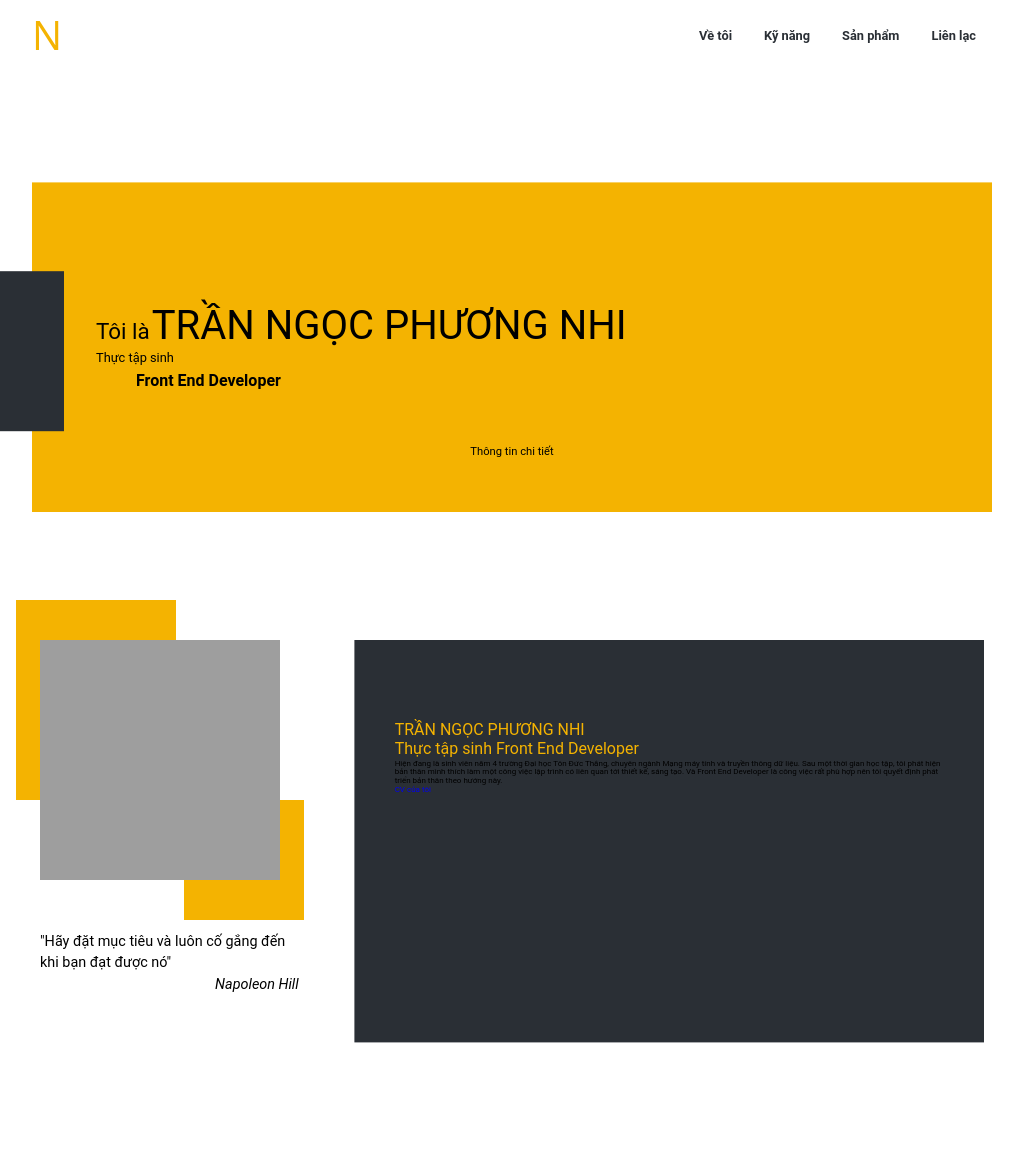
Repository: TranNgocPhuongNhi/my-portfolio
Page: index.html
These files come from the project's save history. The page is drawn as it stood at one moment and after a run of saves; the edit follows.
The browser window is 1280 px wide. The pictures show the whole page, at 80% of full size.
Pictures or frames that could not be fetched are drawn as grey boxes. Some icons come from a web library that is not loaded, so they are not drawn. Some web libraries are served in a nearby version.

Above is the page before, as saved 2021-07-04 16:26:04.

After the next 2 saves:
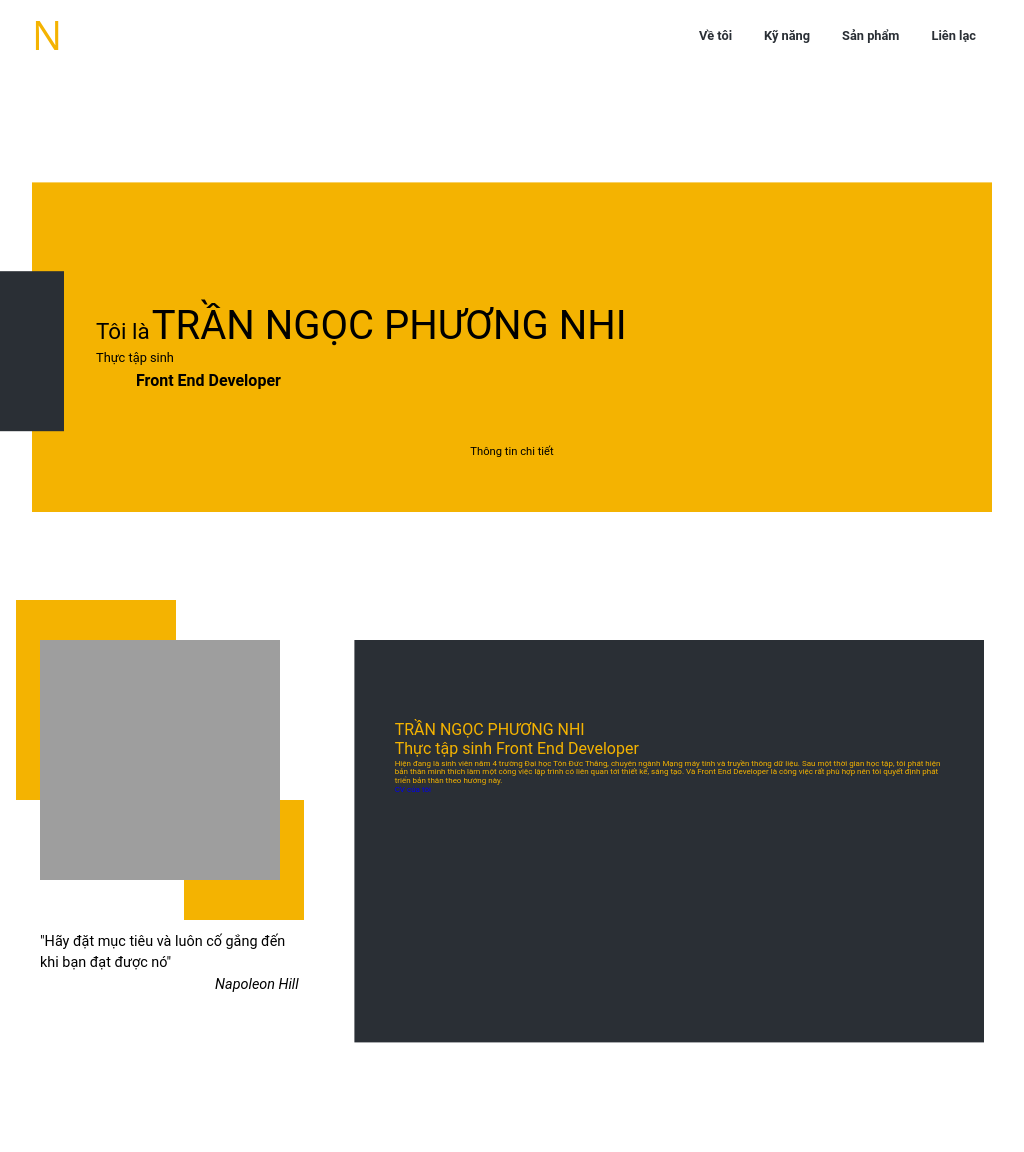
The 2 saves are shown as one change because they came seconds apart.
The last was saved 28 s later.
--- a/resources/css/main.css
+++ b/resources/css/main.css
@@ -220,6 +220,10 @@ a {
 
 .about__info p:first-child {
     text-transform: uppercase;
+}
+
+.about__text {
+    color: var(--primary1);
 }
 
 /* =========================================== MY SKILLS ====================================== */
